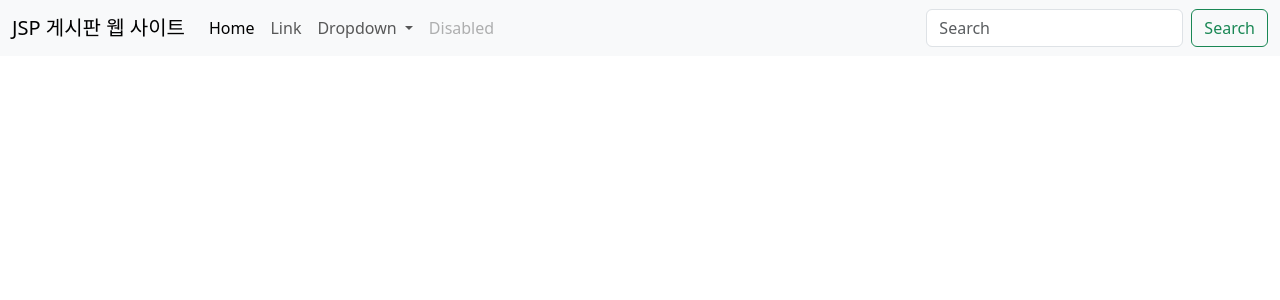
Repository: jeongjimin0/Jeongjimin
Page: http://localhost/WebTest/login.jsp
These files come from the project's save history. The page is drawn as it stood at one moment and after the next save; the edit follows.
The browser window is 1280 px wide. The pictures show the whole page.
The page is served by Tomcat 9. Other server files are loaded and not shown.

Above is the page before, as saved 2023-02-27 14:03:52.

### projects/WebTest/src/main/webapp/login.jsp
<%@ page language="java" contentType="text/html; charset=UTF-8"
    pageEncoding="UTF-8"%>
<!DOCTYPE html>
<html>
<head>
<meta charset="UTF-8">
<meta name="viewport" content="width=device-width", initial-scale="1">
<link rel="stylesheet" href="css/bootstrap.css">
<title>JSP 게시판 웹 사이트</title>
</head>
<body>
<nav class="navbar navbar-expand-lg bg-body-tertiary">
  <div class="container-fluid">
    <a class="navbar-brand">JSP 게시판 웹 사이트</a>

    <div class="collapse navbar-collapse" id="navbarSupportedContent">
      <ul class="navbar-nav me-auto mb-2 mb-lg-0">
        <li class="nav-item">
          <a class="nav-link active" aria-current="page" href="#">Home</a>
        </li>
        <li class="nav-item">
          <a class="nav-link" href="#">Link</a>
        </li>
        <li class="nav-item dropdown">
          <a class="nav-link dropdown-toggle" href="#" role="button" data-bs-toggle="dropdown" aria-expanded="false">
            Dropdown
          </a>
          <ul class="dropdown-menu">
            <li><a class="dropdown-item" href="#">Action</a></li>
            <li><a class="dropdown-item" href="#">Another action</a></li>
            <li><hr class="dropdown-divider"></li>
            <li><a class="dropdown-item" href="#">Something else here</a></li>
          </ul>
        </li>
        <li class="nav-item">
          <a class="nav-link disabled">Disabled</a>
        </li>
      </ul>
      <form class="d-flex" role="search">
        <input class="form-control me-2" type="search" placeholder="Search" aria-label="Search">
        <button class="btn btn-outline-success" type="submit">Search</button>
      </form>
    </div>
  </div>
</nav>

<script src="https://cdn.jsdelivr.net/npm/bootstrap@5.3.0-alpha1/dist/js/bootstrap.bundle.min.js" integrity="sha384-w76AqPfDkMBDXo30jS1Sgez6pr3x5MlQ1ZAGC+nuZB+EYdgRZgiwxhTBTkF7CXvN" crossorigin="anonymous"></script>
</body>
</html>

Loaded but not shown: projects/WebTest/src/main/webapp/css/bootstrap.css (library)

After the next save:
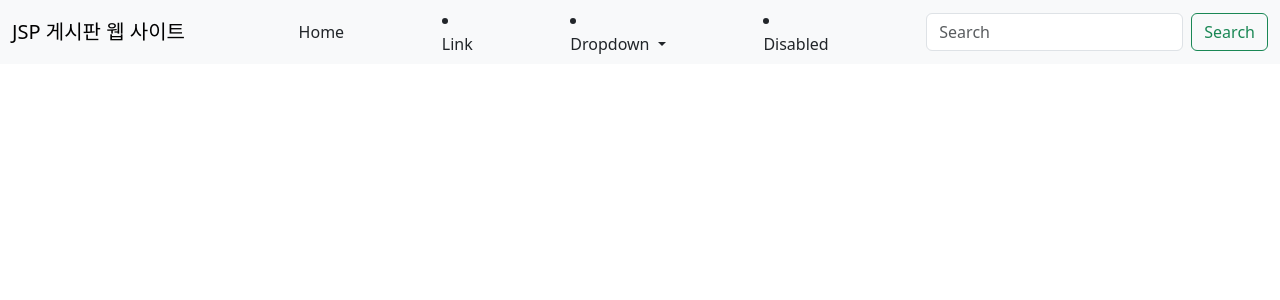
Saved 16 s later.
--- a/projects/WebTest/src/main/webapp/login.jsp
+++ b/projects/WebTest/src/main/webapp/login.jsp
@@ -13,9 +13,6 @@
   <div class="container-fluid">
     <a class="navbar-brand">JSP 게시판 웹 사이트</a>
 
-    <div class="collapse navbar-collapse" id="navbarSupportedContent">
-      <ul class="navbar-nav me-auto mb-2 mb-lg-0">
-        <li class="nav-item">
           <a class="nav-link active" aria-current="page" href="#">Home</a>
         </li>
         <li class="nav-item">

After the save that followed:
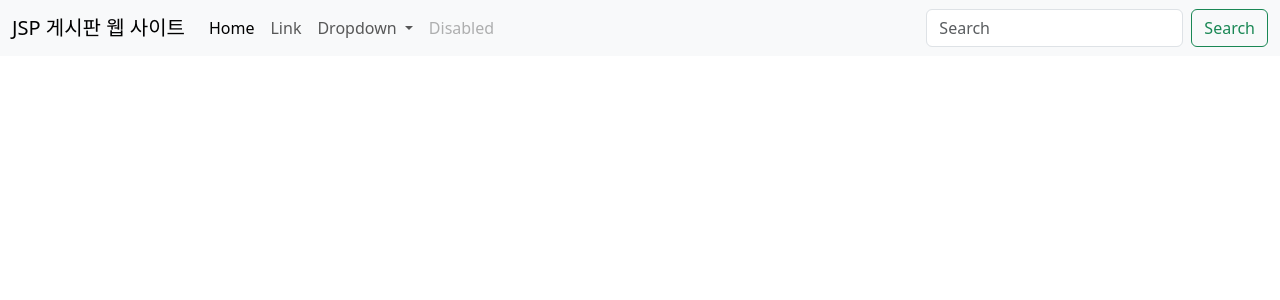
Saved 4 s later.
--- a/projects/WebTest/src/main/webapp/login.jsp
+++ b/projects/WebTest/src/main/webapp/login.jsp
@@ -12,7 +12,12 @@
 <nav class="navbar navbar-expand-lg bg-body-tertiary">
   <div class="container-fluid">
     <a class="navbar-brand">JSP 게시판 웹 사이트</a>
-
+    <button class="navbar-toggler" type="button" data-bs-toggle="collapse" data-bs-target="#navbarSupportedContent" aria-controls="navbarSupportedContent" aria-expanded="false" aria-label="Toggle navigation">
+      <span class="navbar-toggler-icon"></span>
+    </button>
+    <div class="collapse navbar-collapse" id="navbarSupportedContent">
+      <ul class="navbar-nav me-auto mb-2 mb-lg-0">
+        <li class="nav-item">
           <a class="nav-link active" aria-current="page" href="#">Home</a>
         </li>
         <li class="nav-item">
